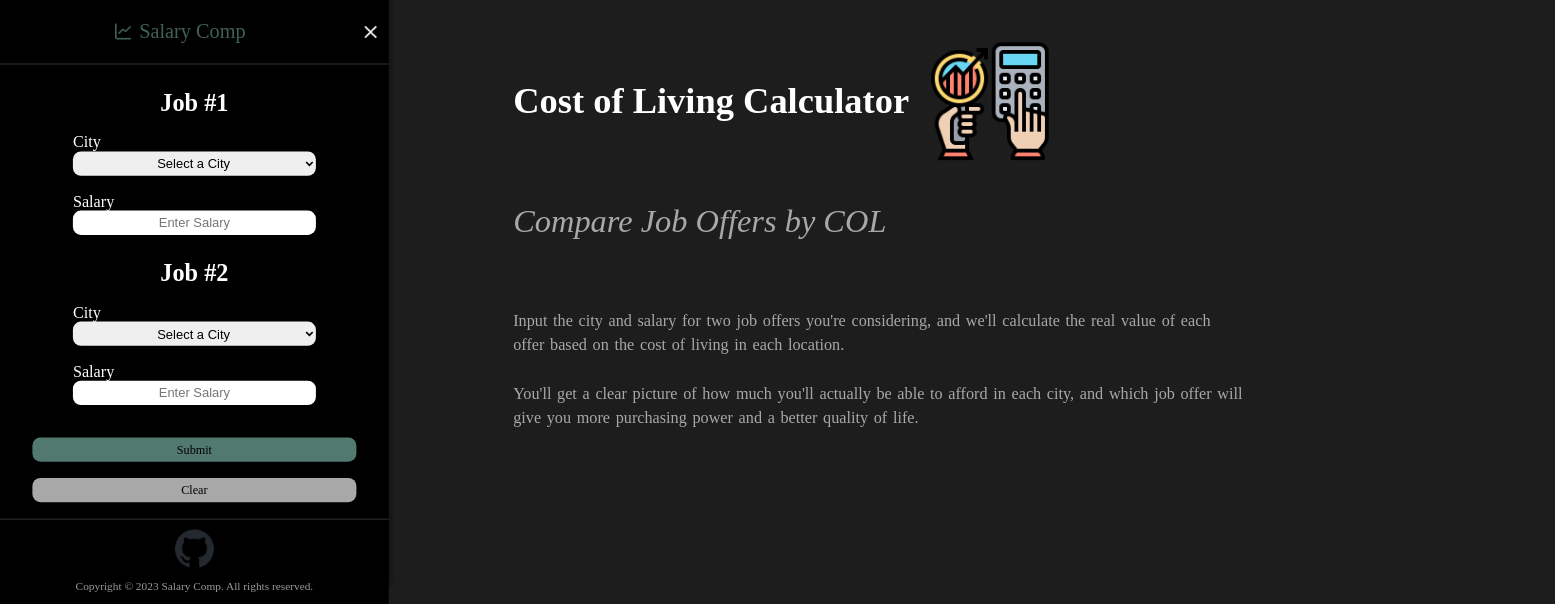
Repository: robbymcd/Salary-Comp
Page: /
These files come from the project's save history. The page is drawn as it stood at one moment and after the next save; the edit follows.
The browser window is 1920 px wide. The pictures show the whole page, at 81% of full size.
Some web fonts or font styles are not loaded; a fallback is used. The project was rebuilt for these pictures with package versions that can differ from the ones it lists, and the page was loaded fresh each time. Also part of the build but not shown: src/Main.css, src/Main.js.

Above is the page before, as saved 2023-06-16 11:15:40.

### public/index.html
<!DOCTYPE html>
<html lang="en">
  <head>
    <meta charset="utf-8" />
    <link rel="icon" href="%PUBLIC_URL%/favicon.ico" />
    <meta name="viewport" content="width=device-width, initial-scale=1" />
    <meta name="theme-color" content="#000000" />
    <meta
      name="description"
      content="Compare Job Offers by COL"
    />
    <link rel="apple-touch-icon" href="%PUBLIC_URL%/logo192.png" />
    <!--
      manifest.json provides metadata used when your web app is installed on a
      user's mobile device or desktop. See https://developers.google.com/web/fundamentals/web-app-manifest/
    -->
    <link rel="manifest" href="%PUBLIC_URL%/manifest.json" />
    <!--
      Notice the use of %PUBLIC_URL% in the tags above.
      It will be replaced with the URL of the `public` folder during the build.
      Only files inside the `public` folder can be referenced from the HTML.

      Unlike "/favicon.ico" or "favicon.ico", "%PUBLIC_URL%/favicon.ico" will
      work correctly both with client-side routing and a non-root public URL.
      Learn how to configure a non-root public URL by running `npm run build`.
    -->
    <title>Salary Comp</title>
  </head>
  <body>
    <noscript>You need to enable JavaScript to run this app.</noscript>
    <div id="root"></div>
    <!--
      This HTML file is a template.
      If you open it directly in the browser, you will see an empty page.

      You can add webfonts, meta tags, or analytics to this file.
      The build step will place the bundled scripts into the <body> tag.

      To begin the development, run `npm start` or `yarn start`.
      To create a production bundle, use `npm run build` or `yarn build`.
    -->
  </body>
</html>

### src/index.css
body {
  margin: 0;
  font-family: -apple-system, BlinkMacSystemFont, 'Segoe UI', 'Roboto', 'Oxygen',
    'Ubuntu', 'Cantarell', 'Fira Sans', 'Droid Sans', 'Helvetica Neue',
    sans-serif;
  -webkit-font-smoothing: antialiased;
  -moz-osx-font-smoothing: grayscale;
  height: 100%;
  width: 100%;
}

html {
  height: 100%;
  width: 100%;
  background-color: #1D1D1D;
}

code {
  font-family: source-code-pro, Menlo, Monaco, Consolas, 'Courier New',
    monospace;
}

### src/App.js
import React, { useState } from 'react';
import './App.css';
import Sidebar from './Sidebar.js';
import Content from './Content.js';

function App() {
  const [isSubmitted, setIsSubmitted] = useState(false);
  const [cityCOL1, setCityCOL1] = useState('');
  const [cityCOL2, setCityCOL2] = useState('');
  const [cityName1, setCityName1] = useState('');
  const [cityName2, setCityName2] = useState('');
  const [salary1, setSalary1] = useState('');
  const [salary2, setSalary2] = useState('');

  const handleFormSubmit = (formData) => {
    setIsSubmitted(true);
    setCityCOL1(formData.cityCOL1);
    setCityCOL2(formData.cityCOL2);
    setCityName1(formData.cityName1);
    setCityName2(formData.cityName2);
    setSalary1(formData.salary1);
    setSalary2(formData.salary2);
  };

  return (
    <div className="main">
        <Sidebar onFormSubmit={handleFormSubmit}/>
        <Content isSubmitted={isSubmitted} cityCOL1={cityCOL1} cityCOL2={cityCOL2} cityName1={cityName1} cityName2={cityName2} salary1={salary1} salary2={salary2} />
    </div>
  );
}

export default App;

### src/App.css
.main {
    display: flex;
    flex-direction: row;
    height: 200%;
    width: 100%;
    background-color: #1D1D1D;
}

### src/Sidebar.js
import React, { useState, useRef } from 'react';
import plus from './plus.png';
import './Sidebar.css';
import chart from './chart.png';
import github from './github.png';
import x from './x.png';
import './OpenSidebar.css';
import './Select.css';

export default function Sidebar( { onFormSubmit } ) {
    const [isOpen, setIsOpen] = useState(true);
    const [isClosed, setIsClosed] = useState(false);

    const [city1, setCity1] = useState('0');
    const [city2, setCity2] = useState('0');

    const [salary1, setSalary1] = useState('');
    const [salary2, setSalary2] = useState('');


    const [error, setError] = useState(false);

    const selectRef1 = useRef(null);
    const selectRef2 = useRef(null);

    const formatSalary = (salary) => {
        salary = salary.replace(/[^0-9]/g, '');

        // Convert the salary to a number and format it with commas
        const formattedSalary = Number(salary).toLocaleString();

        // Add the '$' symbol
        return '$' + formattedSalary;
    }

    const openSidebar = () => {
        setIsOpen(true);
        setIsClosed(false);
    }

    const closeSidebar = () => {
        setIsOpen(false);
        setIsClosed(true);
    }

    const city1ChangeHandler = (event) => {
        setCity1(event.target.value)
    }

    const city2ChangeHandler = (event) => {
        setCity2(event.target.value);
    }


    const salary1ChangeHandler = (event) => {
        const inputValue = event.target.value;
        const formattedValue = formatSalary(inputValue);
        const regex = /\d/;

        if (regex.test(formattedValue[formattedValue.length - 1])) {
          setSalary1(formattedValue);
        } else {
            setSalary1(formattedValue.slice(0, formattedValue.length - 1));
        }
      }


    const salary2ChangeHandler = (event) => {
        const inputValue = event.target.value;
        const formattedValue = formatSalary(inputValue);
        const regex = /\d/;
        if (regex.test(formattedValue[formattedValue.length - 1])) {
            setSalary2(formattedValue);
        } else {
            setSalary2(formattedValue.slice(0, formattedValue.length - 1));
        }
    }

    const refresh = () => {
        window.location.reload(false);
    }

    const submitHandler = (event) => {
        event.preventDefault();
        if (city1 === '0' | city2 === '0' | salary1 === '' | salary2 === '') {
            setError(true);
            return;
        }
        setError(false);
        const formData = {
            cityCOL1: city1,
            cityCOL2: city2,
            cityName1: selectRef1.current.options[selectRef1.current.selectedIndex].text,
            cityName2: selectRef2.current.options[selectRef2.current.selectedIndex].text,
            salary1: salary1,
            salary2: salary2
        };
        onFormSubmit(formData);
    }

    const clearHandler = (event) => {
        event.preventDefault();
        setError(false);
        setCity1('0');
        setCity2('0');
        setSalary1('');
        setSalary2('');
    }

    return (
        <div className="sidebar">
            {isClosed && (
                <div className='closed-sidebar'>
                <img
                    className="plusIcon"
                    src={plus}
                    alt="plus"
                    onClick={openSidebar}
                />
            </div>
            )}
            {isOpen && (
                <div className='open-sidebar'>
                <div className='sidebar-header'>
                    <div className='logo' onClick={refresh}>
                        <img className='chart' src={chart} alt='Chart'></img>
                        <p>Salary Comp</p>
                    </div>
                    <img className='x' src={x} alt='x' onClick={closeSidebar}></img>
                </div>
                <form className='form' onSubmit={onFormSubmit}>
                    <h1>Job #1</h1>
                    <div className='city'>
                        <label>City</label>
                        <div className="select-main">
                            <select ref={selectRef1} value={city1} className='select-input' onChange={city1ChangeHandler}>
                                <option value='0'>Select a City</option>
                                <option value='89.1'>Abilene, TX</option>
                                <option value='90.5'>Adrian, MI</option>
                                <option value='89.4'>Akron, OH</option>
                                <option value='85.8'>Alamogordo, NM</option>
                                <option value='87.3'>Albany, GA</option>
                                <option value='105.4'>Albany, OR</option>
                                <option value='100.1'>Albany, NY</option>
                                <option value='90.9'>Albertville, AL</option>
                                <option value='92.9'>Albuquerque, NM</option>
                                <option value='86.2'>Alexandria, LA</option>
                                <option value='98.9'>Allentown, PA</option>
                                <option value='90.8'>Altoona, PA</option>
                                <option value='88.2'>Amarillo, TX</option>
                                <option value='91.5'>Ames, IA</option>
                                <option value='110.7'>Anchorage, AK</option>
                                <option value='99.3'>Ann Arbor, MI</option>
                                <option value='85.7'>Anniston, AL</option>
                                <option value='90.7'>Appleton, WI</option>
                                <option value='103.3'>Asheville, NC</option>
                                <option value='87.4'>Ashtabula, OH</option>
                                <option value='88.5'>Athens, OH</option>
                                <option value='92.9'>Athens, TX</option>
                                <option value='95'>Athens, GA</option>
                                <option value='100.3'>Atlanta, GA</option>
                                <option value='102'>Atlantic City, NJ</option>
                                <option value='93.7'>Auburn, NY</option>
                                <option value='91.9'>Auburn, AL</option>
                                <option value='91.6'>Augusta, GA</option>
                                <option value='100'>Augusta, ME</option>
                                <option value='106.6'>Austin, TX</option>
                                <option value='102.9'>Bakersfield, CA</option>
                                <option value='107'>Baltimore, MD</option>
                            </select>
                        </div>
                    </div>
                    <div className='salary'>
                        <label>Salary</label>
                        <input className='salary-input' type='text' placeholder='Enter Salary' onChange={salary1ChangeHandler} value={salary1}></input>
                    </div>
                    <h1>Job #2</h1>
                    <div className='city'>
                        <label>City</label>
                        <div className="select-main">
                            <select ref={selectRef2} value={city2} className='select-input' onChange={city2ChangeHandler}>
                                <option value='0'>Select a City</option>
                                <option value='89.1'>Abilene, TX</option>
                                <option value='90.5'>Adrian, MI</option>
                                <option value='89.4'>Akron, OH</option>
                                <option value='85.8'>Alamogordo, NM</option>
                                <option value='87.3'>Albany, GA</option>
                                <option value='105.4'>Albany, OR</option>
                                <option value='100.1'>Albany, NY</option>
                                <option value='90.9'>Albertville, AL</option>
                                <option value='92.9'>Albuquerque, NM</option>
                                <option value='86.2'>Alexandria, LA</option>
                                <option value='98.9'>Allentown, PA</option>
                                <option value='90.8'>Altoona, PA</option>
                                <option value='88.2'>Amarillo, TX</option>
                                <option value='91.5'>Ames, IA</option>
                                <option value='110.7'>Anchorage, AK</option>
                                <option value='99.3'>Ann Arbor, MI</option>
                                <option value='85.7'>Anniston, AL</option>
                                <option value='90.7'>Appleton, WI</option>
                                <option value='103.3'>Asheville, NC</option>
                                <option value='87.4'>Ashtabula, OH</option>
                                <option value='88.5'>Athens, OH</option>
                                <option value='92.9'>Athens, TX</option>
                                <option value='95'>Athens, GA</option>
                                <option value='100.3'>Atlanta, GA</option>
                                <option value='102'>Atlantic City, NJ</option>
                                <option value='93.7'>Auburn, NY</option>
                                <option value='91.9'>Auburn, AL</option>
                                <option value='91.6'>Augusta, GA</option>
                                <option value='100'>Augusta, ME</option>
                                <option value='106.6'>Austin, TX</option>
                                <option value='102.9'>Bakersfield, CA</option>
                                <option value='107'>Baltimore, MD</option>
                            </select>
                        </div>
                    </div>
                    <div className='salary'>
                        <label>Salary</label>
                        <input className='salary-input' type='text' placeholder='Enter Salary' onChange={salary2ChangeHandler} value={salary2}></input>
                        {error && <p className='error'>Please fill out all fields</p>}
                    </div>
                    <div className='button-container'>
                        <div className='submit-container'>
                            <button className='submit' onClick={submitHandler} type='submit'>Submit</button>
                        </div>
                        <div className='clear-container'>
                            <button className='clear' onClick={clearHandler}>Clear</button>
                        </div>
                    </div>
                </form>
                <div className='footer'>
                    <img className='github' src={github} alt='github'></img>
                    <p className='copyright'>Copyright © 2023 Salary Comp. All rights reserved.</p>
                </div>
            </div>
            )}
        </div>
    );
}

### src/Content.js
import React from 'react';
import './Content.css';
import Instruction from './Instruction.js';
import Main from './Main.js';

export default function Content({ isSubmitted ,cityCOL1 ,cityCOL2, cityName1, cityName2 , salary1, salary2 }) {

    return (
        <div className='Content-container'>
            {isSubmitted ? <Main cityCOL1={cityCOL1} cityCOL2={cityCOL2} cityName1={cityName1} cityName2={cityName2} salary1={salary1} salary2={salary2}/> : <Instruction />}
        </div>
    );
}

### src/Sidebar.css
@import url('https://fonts.googleapis.com/css?family=Roboto-Mono');
@import url('https://fonts.googleapis.com/css?family=Mukta-Vaani');
.sidebar {
    display: flex;
    height: 100vh;
    width: fit-content;
}

.closed-sidebar {
    display: flex;
    height: 100vh;
    width: fit-content;
    margin-right: 22vw;
}

.plusIcon {
    height: 30px;
    width: 30px;
    margin-left: 20px;
    align-self: center;
    cursor: pointer;
}

.plusIcon:hover {
    opacity: 0.5;
}

.error {
    display: flex;
    font-size: 15px;
    margin-bottom: -15px;
    color: #BA1F33;
}

.button-container {
    display: flex;
    flex-direction: column;
    gap: 10px;
    margin-top: 20px;
}

.submit-container {
    display: flex;
}

.submit {
    height: 30px;
    width: clamp(100px, 20vw, 300px);
    border-radius: 10px;
    border: none;
    outline: none;
    cursor: pointer;
    background-color: #52796F;
    font-family: Mukta Vaani;
    font-size: 15px;
    color: #000;
    box-shadow: 0px 4px 4px rgba(0, 0, 0, 0.25);
}

.submit:hover {
    opacity: 0.8;
}

.clear-container {
    display: flex;
}

.clear {
    height: 30px;
    width: clamp(100px, 20vw, 300px);
    border-radius: 10px;
    border: none;
    outline: none;
    cursor: pointer;
    background-color: #a8a8a8;
    font-family: Mukta Vaani;
    font-size: 15px;
    color: #000;
    box-shadow: 0px 4px 4px rgba(0, 0, 0, 0.25);
}

.clear:hover {
    opacity: 0.8;
}

@media screen and (min-width: 1650px) {
    .submit {
        width: 400px;
    }

    .clear {
        width: 400px;
    }

    .button-container {
        gap: 20px;
    }
}

### src/OpenSidebar.css
@import url('https://fonts.googleapis.com/css?family=Roboto-Mono');
@import url('https://fonts.googleapis.com/css?family=Mukta-Vaani');

.open-sidebar {
    display: flex;
    flex-direction: column;
    height: 100vh;
    width: 25vw;
    background-color: #000;
    box-shadow: 0px 0px 4px 4px rgba(0, 0, 0, 0.25);
    margin-right: 8vw;
    transition: transform 0.3s ease-in-out;
}

.sidebar-header {
    display: flex;
    width: 25vw;
    border-bottom: 2px solid #1d1d1d;
    justify-content: space-between;
    align-items: center;
}

.sidebar-wrapper {
    display: inline-block;
}

.centering {
    display: flex;
    flex-direction: row;
    width: 100%;
    align-self: center;
    align-items: center;
    justify-content: center;
}

.logo {
    display: flex;
    flex-direction: row;
    width: 100%;
    align-items: center;
    justify-content: center;
    gap: 10px;
    cursor: pointer;
}

.logo:hover {
    opacity: .8;
}

.logo p {
    font-family: Roboto Mono;
    color: #52796F;
    font-size: 25px;
}

.chart {
    height: 20px;
    width: 20px;
}

.city {
    display: flex;
    flex-direction: column;
    font-family: Mukta Vaani;
    font-style: normal;
    font-weight: 300;
    font-size: 20px;
    color: #fff;
}

.salary{
    display: flex;
    flex-direction: column;
    font-family: Mukta Vaani;
    font-style: normal;
    font-weight: 300;
    font-size: 20px;
    color: #fff;
}

.salary label {
    display: flex;
    justify-self: center;
}

.form {
    display: flex;
    flex-direction: column;
    font-family: Mukta Vaani;
    height: fit-content;
    align-items: center;
    gap: 20px;
    border-bottom: 2px solid #1d1d1d;
    justify-content: center;
    padding: 20px;
}

.form h1 {
    color: #fff;
    font-family: Roboto Mono;
    font-size: 30px;
    font-weight: 700;
    font-style: normal;
    text-align: center;
    margin-top: 10px;
    margin-bottom: 0px;
}

select {
    cursor: pointer;
}

input {
    text-decoration: none;
    height: 30px;
    width: clamp(100px, 20vw, 300px);
    border-radius: 10px;
    outline: none;
    border: none;
    padding: 0;
    text-align: center;
    font-size: 16px;
    cursor: pointer;
}

.salarycomp {
    height: 80px;
    width: 360px;
}

.x {
    height: 25px;
    width: 25px;
    cursor: pointer;
    margin-right: 10px;
}

.x:hover {
    opacity: 0.5;
    transition: ease-in-out 0.2s;
}

.footer {
    display: flex;
    flex-direction: column;
    align-items: center;
    justify-content: center;
    width: 100%;
    background-color: #000;
}

.footer p {
    color: #fff;
    opacity: .6;
    font-family: 'Mukta Vaani';
    font-style: normal;
    font-weight: 300;
    font-size: 14px;
}

.hiw {
    text-decoration: underline;
    cursor: pointer;
}

.hiw:hover {
    opacity: 0.5;
}

.github {
    height: 50px;
    width: 50px;
    margin-top: 10px;
    cursor: pointer;
}

.github:hover {
    opacity: 0.8;
}

@media screen and (max-width: 1000px) {
    .footer p {
        font-size: 10px;
    }
}

@media screen and (min-width: 1300px) {

}

### src/Select.css
.select-main {
    text-decoration: none;
    height: 30px;
    width: clamp(100px, 20vw, 300px);
    border-radius: 10px;
    outline: none;
    text-align: center;
    font-size: 16px;
}

.select-main select {
    text-align: center;
    text-decoration: none;
    outline: none;
    border: none;
    height: 30px;
    width: clamp(100px, 20vw, 300px);
    border-radius: 10px;
    font-size: 16px;
    padding-left: 10px;
}

### src/Content.css
@import url('https://fonts.googleapis.com/css?family=Kadwa');
@import url('https://fonts.googleapis.com/css?family=Hind-Madurai');

.Content-container {
    display: flex;
    width: 100%;
}

.header {
    display: flex;
    flex-direction: row;
    align-items: center;
    margin-top: 50px;
    gap: 25px;
}

.content h1 {
    font-family: Kadwa;
    font-weight: bold;
    font-size: 45px;
    height: 100%;
    margin: 0;
}

.content h2 {
    font-family: Hind Madurai;
    font-size: 40px;
    color: #a8a8a8;
    margin-top: 50px;
    width: 75%;
    font-weight: 500;
    font-style: italic;
}

.content p {
    display: flex;
    width: 50vw;
    font-family: Hind Madurai;
    font-size: 20px;
    color: #a8a8a8;
    word-spacing: 2px;
    line-height: 1.5;
    margin-top: 50px;
    width: 70%;
}

.content {
    display: flex;
    flex-direction: column;
    color: #fff;
    height: fit-content;
    width: 100%;
    justify-items: center;
}

.calculator {
    display: flex;
    height: 150px;
    width: 150px;
}

### src/Instruction.js
import calculator from './calculator.png';

export default function Instruction() {
    return (
        <div className="content">
            <div className="header">
                <h1>Cost of Living Calculator</h1>
                <img className="calculator" src={calculator} alt='calculator'></img>
            </div>
            <h2>Compare Job Offers by COL</h2>
            <p>Input the city and salary for two job offers you're considering, and we'll calculate the real value of each offer based on the cost of living in each location.<br/><br/>You'll get a clear picture of how much you'll actually be able to afford in each city, and which job offer will give you more purchasing power and a better quality of life.
            </p>
        </div>
    );
}

Loaded but not shown: src/index.js (common file); src/reportWebVitals.js (common file)

After the next save:
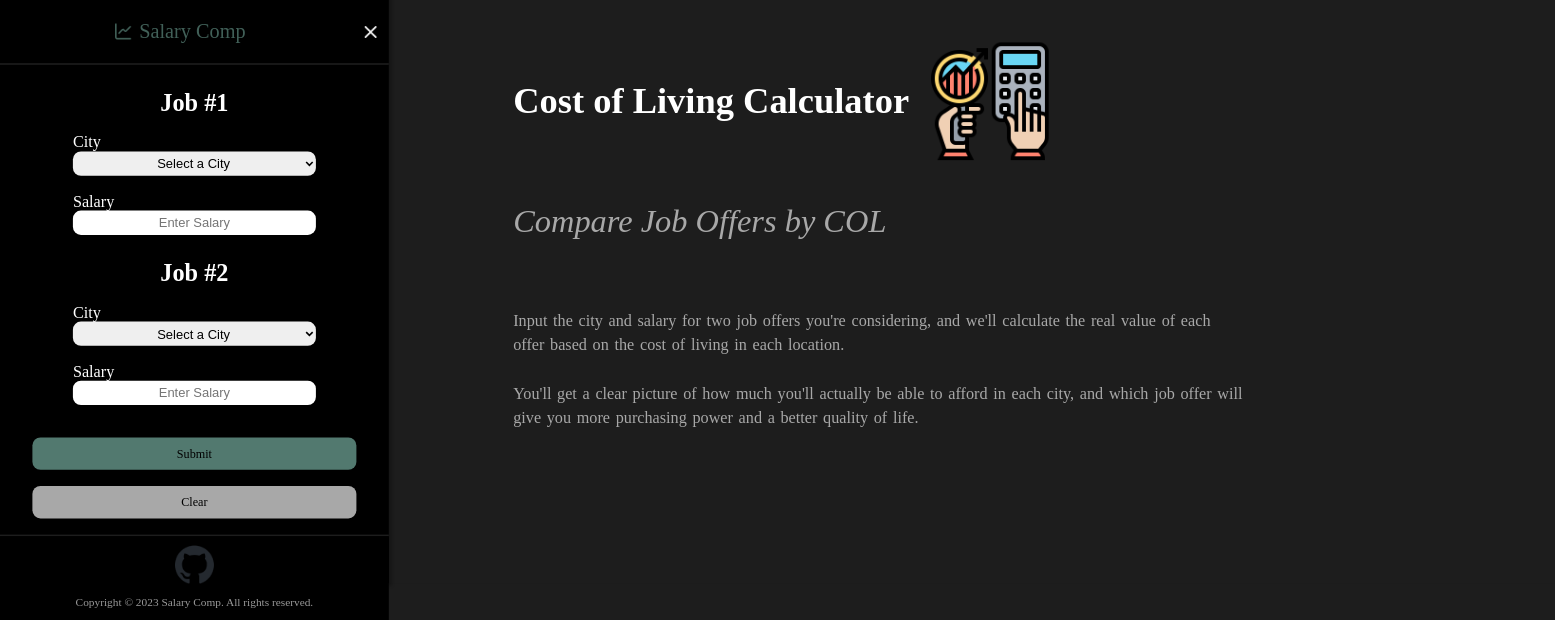
Saved 22 s later.
--- a/src/Sidebar.css
+++ b/src/Sidebar.css
@@ -85,10 +85,12 @@
 
 @media screen and (min-width: 1650px) {
     .submit {
+        height: 40px;
         width: 400px;
     }
 
     .clear {
+        height: 40px;
         width: 400px;
     }
 
